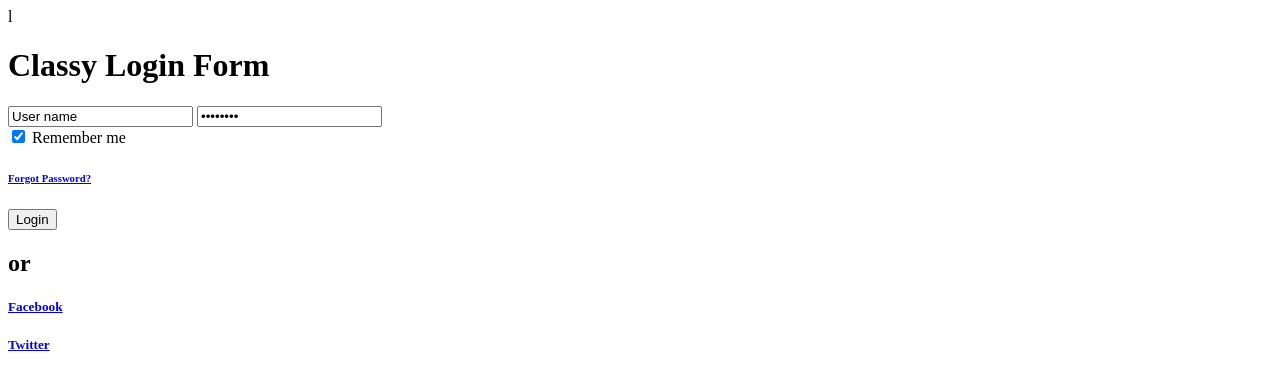
Repository: hosi04/BaiTapWeb
Page: http://localhost/BaiTapWeb_Login/views/login.jsp
An editor plug-in stored every save of this project. The page is shown before and after the next save, followed by the edit.
The browser window is 1280 px wide. The pictures show the whole page.
The page is served by Tomcat 9.

Above is the page before, as saved 2024-09-07 13:52:53.

After the next save:
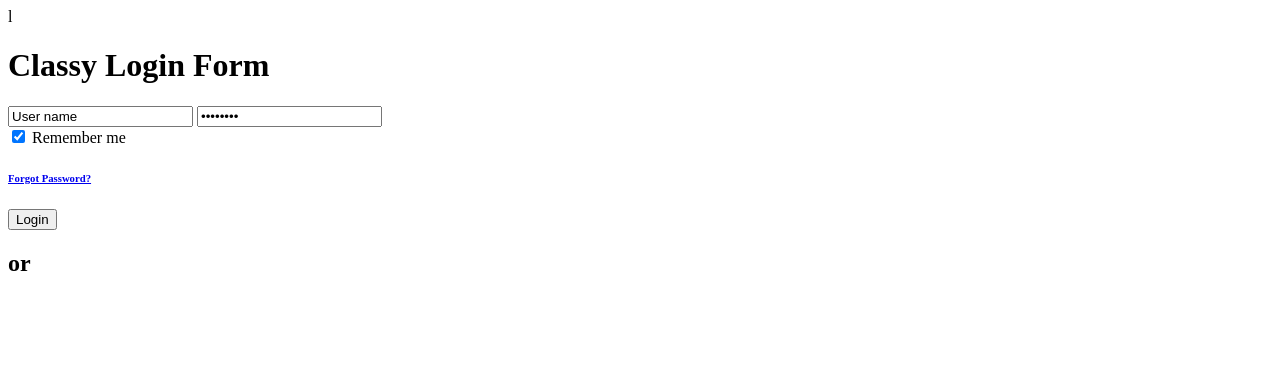
Saved 31 s later.
--- a/BaiTapWeb_Login/src/main/webapp/views/login.jsp
+++ b/BaiTapWeb_Login/src/main/webapp/views/login.jsp
@@ -41,10 +41,9 @@ l<!--header start here-->
 					<div class="header-left-top">
 						<div class="sign-up"> <h2>or</h2> </div>
 					</div>
-					<div class="header-social wthree">
-							<a href="#" class="face"><h5>Facebook</h5></a>
-							<a href="#" class="twitt"><h5>Twitter</h5></a>
-					</div>
+					<form action="#" method="post">
+
+					</form>
 
 				</div>
 				</div>
